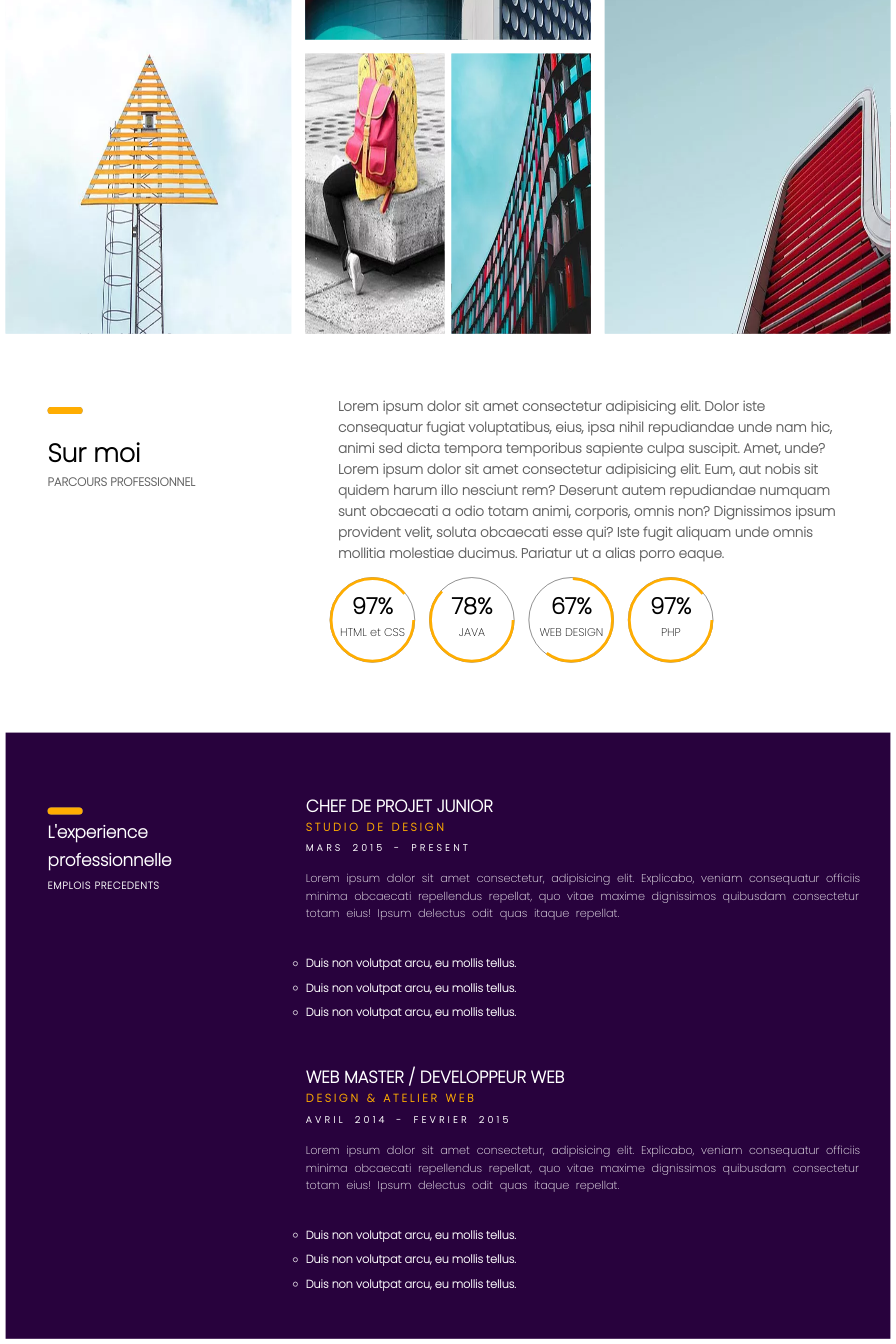
Repository: wadelfadill/CV_PORTFOLIO
Page: index.html
These files come from the project's save history. The page is drawn as it stood at one moment and after the next save; the edit follows.
The browser window is 1280 px wide. The pictures show the part of the page from y = 2212 to 4132 px (the page is 4132 px tall), at 70% of full size.
Some icons come from a web library that is not loaded, so they are not drawn. Backgrounds fixed to the window are drawn as part of the page.

Above is the page before, as saved 2023-03-16 12:20:30.

### index.html
<!DOCTYPE html>
<html lang="fr">
<head>
    <meta charset="UTF-8">
    <meta http-equiv="X-UA-Compatible" content="IE=edge">
    <meta name="viewport" content="width=device-width, initial-scale=1.0">
    <title>CV - Portfolio</title>
    <link rel="stylesheet" href="style.css">
    <link rel="stylesheet" href="path/to/font-awesome/css/font-awesome.min.css">
    <link href="/fontawesome/css/all.css" rel="stylesheet">
    <link href="/fontawesome/css/fontawesome.css" rel="stylesheet">
    <link href="/fontawesome/css/brands.css" rel="stylesheet">
    <link href="/fontawesome/css/solid.css" rel="stylesheet">
    <link rel="stylesheet" href="/fontawesome/css/regular.css">
    <link rel="preconnect" href="https://fonts.googleapis.com">
    <link rel="stylesheet" href="/fontawesome/css/all.min.css">
    <link rel='stylesheet' href='https://cdn-uicons.flaticon.com/uicons-brands/css/uicons-brands.css'>
    <link rel="stylesheet" href="https://cdn-uicons.flaticon.com/uicons-regular-straight/css/uicons-regular-straight.css">
<link rel="preconnect" href="https://fonts.gstatic.com" crossorigin>
<link href="https://fonts.googleapis.com/css2?family=Manrope&family=Montserrat&family=Poppins:wght@200&family=Roboto&display=swap" rel="stylesheet">
</head>
<body>
    <header>
        <div class="head">
            <div class="address">
                <div class="add-1">
                    <div class="add-icone"><i class="fi fi-rs-marker"></i></div>
                    <div class="add-text">3008, promenade Sarah <br> Franklin, LA 70538</div>
                </div>
                <div class="add-1">
                    <div class="add-icone"><i class="fi fi-rs-phone-call"></i></div>
                    <div class="add-text">337-4139538 <br> MIN - VEN, 8 AM - 19 PM</div>
                </div>
                <div class="add-1">
                    <div class="add-icone"><i class="fi fi-rs-messages"></i></div>
                    <div class="add-text">contact@gmail.com <br>REPONSE EN 24 HEURES</div>
                </div>
            </div>
            <div class="download">
                <a href="#" class="button">Telecharger CV</a>
            </div>
        </div>
        <div class="head_2">
           <div class="presentation">
            <div class="img">
                <img src="images/profile.jpg" alt="profile" class="profil">
                <h2>Michel SMith</h2>
                <h3 >Responsable d'Affaires</h3>
            </div>
            <div class="rest">
                <ul>
                    <li><b>NE :</b> 25 aout 1985</li>
                    <li class="courriel"><b>COURRIEL :</b> mymith@mywebpage.com</li>
                    <li><b>ETAT CIVIL :</b> Marie</li>
                </ul>
            </div>
            <div class="social">
                <ul class="social-reseau">
                    <li><a href=""><i class="fi fi-brands-pinterest"></i></a></li>
                    <li><a href=""><i class="fi fi-brands-linkedin"></i></a></li>
                    <li><a href=""><i class="fi fi-brands-instagram"></i></a></li>
                    <li><a href=""><i class="fi fi-brands-facebook"></i></a></li>
                    <li><a href=""><i class="fi fi-brands-twitter"></i></a></li>
                </ul>
            </div>

           </div>
        </div>
    </header>
    <main>
        <div class="portfolio">
            <div class="head-portfolio">
                <div class="title-portfolio">
                    <progress value="100" max="100" class="progress"></progress>
                    <h2>Portfolio</h2>
                    <h5>MON TRAVAIL</h5>
                </div>
                <div class="album-link" id="grid">
                    <a href="#grid"><b>TOUT</b></a>
                    <a href="#grid" class="web-link"><b>CREATION DE SITES WEB</b></a>
                    <a href="#grid"><b>L'IMAGE DE MARQUE</b></a>
                    <a href="#grid"><b>CONCEPTION GRAPHIQUE</b></a>
                </div>
            </div>
            <div class="grid">
                <div class="elem one web"><a href="images/portfolio_1.jpg"><img src="images/portfolio_1.jpg" alt=""></a></div>
                <div class="elem two"><a href="images/portfolio_2.jpg"> <img src="images/portfolio_2.jpg" alt=""></a></div>
                <div class="elem three web"><a href="images/portfolio_3.jpg"><img src="images/portfolio_3.jpg" alt=""></a></div>
                <div class="elem four">
                    <div class="four-1">
                        <a href="images/portfolio_4_1.jpg"><img src="images/portfolio_4_1.jpg" alt=""></a>
                    </div>
                    <div class="four-2">
                        <a href="images/portfolio_4_2.jpg"><img src="images/portfolio_4_2.jpg" alt=""></a>
                    </div>
                </div>
                <div class="elem five"><a href="images/portfolio_5.jpg"><img src="images/portfolio_5.jpg" alt=""></a></div>
                <div class="elem six"><a href="images/portfolio_6.jpg"><img src="images/portfolio_6.jpg" alt=""></a></div>
                <div class="elem seven web"><a href="images/portfolio_7.jpg"><img src="images/portfolio_7.jpg" alt=""></a></div>
                <div class="elem eight web"><a href="images/portfolio_8.jpg"><img src="images/portfolio_8.jpg" alt=""></a></div>
                <div class="elem nine">
                    <div class="nine-1">
                        <a href="images/portfolio_9_1.jpg"><img src="images/portfolio_9_1.jpg" alt=""></a>
                    </div>
                    <div class="nine-2">
                        <a href="images/portfolio_9_2.jpg"><img src="images/portfolio_9_2.jpg" alt=""></a>
                    </div>
                </div>
            </div>
        </div>
        <div class="parcou-pro">
            <div class="head-parcou-pro">
                <div class="title-parcou-pro">
                    <progress value="100" max="100" class="progress"></progress>
                    <h2>Sur moi</h2>
                    <h5>PARCOURS PROFESSIONNEL</h5>
                </div>
                <div class="parcou-pro-content">
                    <p>
                        Lorem ipsum dolor sit amet consectetur
                        adipisicing elit. Dolor iste consequatur
                        fugiat voluptatibus, eius, ipsa nihil
                        repudiandae unde nam hic, animi sed dicta
                        tempora temporibus sapiente culpa suscipit.
                        Amet, unde?
                        Lorem ipsum dolor sit amet consectetur adipisicing elit.
                        Eum, aut nobis sit quidem harum illo nesciunt rem?
                         Deserunt autem repudiandae numquam sunt obcaecati
                         a odio totam animi, corporis, omnis non?
                        Dignissimos ipsum provident velit, soluta obcaecati esse qui?
                         Iste fugit aliquam unde omnis mollitia molestiae ducimus.
                         Pariatur ut a alias porro eaque.
                    </p>
                </div>
            </div>
            <div class="competence-level">
                <div class="circle circle-1">
                    <svg>
                        <circle cx="95px" cy="86px" r="59px" fill="none"></circle>
                    </svg>
                    <div class="code">
                        <h1>97%</h1>
                        <p>HTML et CSS</p>
                    </div>
                </div>
                <div class="circle circle-2">
                    <svg>
                        <circle cx="95px" cy="86px" r="59px" fill="none"></circle>
                    </svg>
                    <div class="code">
                        <h1>78%</h1>
                        <p>JAVA</p>
                    </div>
                </div>
                <div class="circle circle-3">
                    <svg>
                        <circle cx="95px" cy="86px" r="59px" fill="none"></circle>
                    </svg>
                    <div class="code">
                        <h1>67%</h1>
                        <p>WEB DESIGN</p>
                    </div>
                </div>
                <div class="circle circle-4">
                    <svg>
                        <circle cx="95px" cy="86px" r="59px" fill="none"></circle>
                    </svg>
                    <div class="code">
                        <h1>97%</h1>
                        <p>PHP</p>
                    </div>
                </div>
            </div>
        </div>
        <div class="exp-pro">
            <div class="head-parcou-pro">
                <div class="title-exp-pro">
                    <progress value="100" max="100" class="progress"></progress>
                    <h2>L'experience <br> professionnelle</h2>
                    <h5>EMPLOIS PRECEDENTS</h5>
                </div>
                <div class="exp-pro-content">
                    <div class="exp-1">
                        <h2>CHEF DE PROJET JUNIOR</h2>
                        <h4>STUDIO DE DESIGN</h4>
                        <h5>MARS 2015 - PRESENT</h5>
                        <P>Lorem ipsum dolor sit amet consectetur, adipisicing elit.
                             Explicabo, veniam consequatur officiis minima obcaecati
                             repellendus repellat, quo vitae maxime dignissimos quibusdam
                              consectetur totam eius! Ipsum delectus odit quas itaque repellat.
                        </P>
                        <ul>
                            <li>Duis non volutpat arcu, eu mollis tellus.</li>
                            <li>Duis non volutpat arcu, eu mollis tellus.</li>
                            <li>Duis non volutpat arcu, eu mollis tellus.</li>
                        </ul>
                    </div>
                    <div class="exp-1">
                        <h2>WEB MASTER / DEVELOPPEUR WEB</h2>
                        <h4>DESIGN & ATELIER WEB</h4>
                        <h5>AVRIL 2014 - FEVRIER 2015</h5>
                        <P>Lorem ipsum dolor sit amet consectetur, adipisicing elit.
                             Explicabo, veniam consequatur officiis minima obcaecati
                             repellendus repellat, quo vitae maxime dignissimos quibusdam
                              consectetur totam eius! Ipsum delectus odit quas itaque repellat.
                        </P>
                        <ul>
                            <li>Duis non volutpat arcu, eu mollis tellus.</li>
                            <li>Duis non volutpat arcu, eu mollis tellus.</li>
                            <li>Duis non volutpat arcu, eu mollis tellus.</li>
                        </ul>
                    </div>
                    <div>

                    </div>
                </div>
            </div>
        </div>
    </main>
    <footer>
    </footer>
</body>
</html>

### style.css
body{

    font-family: 'Poppins';
}
header{
    color: white;
    margin: 0;
    width: 100%;
    height: 530px;
    padding-top: 20px;
    background-image: linear-gradient(rgba(0, 0, 0, 0.4),
    rgba(0, 0, 0, 0.4)), url("images/background.jpg");
    background-size: cover;
    opacity: 1;
    background-attachment: fixed;
    z-index: 0;
    display: flex;
    justify-content: space-between;
    flex-direction: column;
    gap: 100px;
    margin-bottom: 250px;
}
.address{
    background-color: #FFAD01;
    padding: 20px;
    display: flex;
    justify-content: space-between;
    border-radius: 5px;
    z-index: 100;


}
.add-1{
    display: flex;
    justify-content: space-between;
    align-items: center;
    gap: 10px;
}
.head{
    display: flex;
    flex-direction: column;
    justify-content: space-between;
    gap: 40px;
    padding-left: 10%;
    padding-right: 10%;


}
.download{
   align-self: flex-end;
   margin: 0;
   height: 100px;
}
.download a{
    margin: 0;
    padding-top: 10px;
    padding-bottom: 10px;
    padding-right: 20px;
    padding-left: 20px;
    background-color: #FFAD01;
    align-self: flex-end;
    color: white;
    text-decoration: none;
    border-radius: 5px;

}
.download:hover {
    transform: translate(0, -5px);
    transition: 0.3s;
}

.profil{
    border-radius: 100%;
    position: relative;
    top: -80px;
    width: 200px;
    height: 200px;
    margin: -50px;
}
.add-icone i{
    font-size: 25px;
    font-weight: 500;
    font-style: normal;
}

.presentation{

    margin: auto;
    width: 50%;
    background-color: white;
    display: flex;
    flex-direction: column;
    align-items: center;
    color: black;
    margin-bottom: 100px;

}
.social-reseau a{
    display: inline-block;
    color: white;
    text-decoration: none;
    background-color: #887392;
    width: 35px;
    height: 35px;
    border-radius: 20px;
    line-height: 35px;

}
.social-reseau a i{
    display: inline-block;
    width: 14px;
    height: 23px;
    margin: auto;
    margin-left: 10px;
    margin-top: 2px;
}
.social{
    margin: 0;
    padding: 0;
}
.social-reseau{
    margin-left: 0;
    padding: 0;
    display: flex;
    justify-content: flex-start;
    gap: 20px;
    align-items: flex-start;

}
li{
    list-style: none;
}
.img{
    line-height: 30px;
    display: flex;
    flex-direction: column;
    justify-content: flex-start;
    align-items: center;
}
.img h2{
    word-spacing: 10px;
    letter-spacing: 5px;
    font-weight: 1500;
    margin: 0;
}
.img h3{
    margin: 0;
    color: #FFAD01;
}
.courriel{
    position: relative;
    left: -50px;

}
.social-reseau a:hover{
    background-color: #FFAD01;
    transition: .2s;
    transform: scale(1.1);
}
.title-portfolio h2, .title-portfolio h5, .title-parcou-pro h2, .title-parcou-pro h5{
    margin: 0;
    padding: 0;

}
.title-portfolio h2, .title-parcou-pro h2{
    padding-top: 30px;
}
.title-portfolio, .title-parcou-pro{
    font-size: 1.5em;
    line-height: 40px;

}
.title-portfolio h5, .title-parcou-pro h5{
    color:#0000009e;
    font-size: 0.7em;
}
.album-link{
    padding-top: 50px;
}
.album-link a{
    color: black;
    text-decoration: none;
    margin: 10px;
    font-size: 1.2em;
    font-weight: 900;
}
.album-link a:link{
    color: black;
}
/* .album-link a:visited{
    color: #FFAD01;
} */
.album-link a:active{
    color: #FFAD01;
}
.head-portfolio{
    display: flex;
    flex-direction: row;
    justify-content: flex-start;
    align-items: last baseline;
    gap: 20%;
    margin-left: 60px;
}
.progress{
    width: 50px;
    appearance: none;
    height: 10px;
}
.progress::-webkit-progress-value{
    border-radius: 10px;
    background-color: #FFAD01;
}
.progress::-webkit-progress-bar{
    border-radius: 10px;
}
.album-link a:hover{
    color: #FFAD01;
}
.grid{
    margin-top: 70px;
    display: grid;
    grid-template-columns: 1fr 1fr 1fr;
    grid-template-rows: 400px 400px 400px 400px;
    column-gap: 20px;
    row-gap: 20px;
}
.two{
    grid-row: 1/3;
    background: url("images/portfolio_2.jpg");
    background-size: cover;
    background-position: center;
    grid-column-start: 2;
}
.one{
    background: url("images/portfolio_1.jpg");
    background-size: cover;
    background-position: center;
}
.elem a img, .four-1 a img, .four-2 a img, .nine-1 a img, .nine-2 a img{
    width: 100%;
    height: 100%;
}
.elem a:active{
    transition: 0.3s;
}
.elem a:active img{
    background-color: rgba(0, 0, 0, 0.45);
}
.three{
    background: url("images/portfolio_3.jpg");
    background-size: cover;
    background-position: center;
}
.four{
    display: flex;
    justify-content: space-between;
    gap: 10px;
}
.four-1{
    width: 90%;
    height: 400px;
    background: url("images/portfolio_4_1.jpg");
    background-size: cover;
    background-position: center;
}
.four-2{
    width: 90%;
    height: 400px;
    background: url("images/portfolio_4_2.jpg");
    background-size: cover;
    background-position: center;
}
.five{
    background: url("images/portfolio_5.jpg");
    background-size: cover;
    background-position: center;
}
.six{
    grid-row: 3/5;
    grid-column-start: 1;
    background: url("images/portfolio_6.jpg");
    background-size: cover;
    background-position: center;
}
.seven{
    background: url("images/portfolio_7.jpg");
    background-size: cover;
    background-position: center;
}
.eight{
    grid-row: 3/5;
    grid-column-start: 3;
    background: url("images/portfolio_8.jpg");
    background-size: cover;
    background-position: center;
}
.nine{
    display: flex;
    justify-content: space-between;
    gap: 10px;

}
.nine-1{
    width: 90%;
    height: 400px;
    background: url("images/portfolio_9_1.jpg");
    background-size: cover;
    background-position: center;
}
.nine-2{
    width: 90%;
    height: 400px;
    background: url("images/portfolio_9_2.jpg");
    background-size: cover;
    background-position: center;
}
.head-parcou-pro{
    display: flex;
    flex-direction: row;
    justify-content: flex-start;
    align-items: first baseline;
    gap: 15%;
    margin-left: 60px;
    margin-right: 60px;
}
.title-parcou-pro{
    width: 30%;
}
.parcou-pro-content{
    width: 90%;
    font-size: 1.2em;
    font-weight: 700;
    line-break: auto;
    line-height: 30px;
    text-align: left;
    color: #0000009e;

}
.parcou-pro{
    margin-top: 70px;
    margin-bottom: 100px;
}
.progress-competence{
    appearance: none;
    height: 13px;

}
.circle{
    width: 120px;
    height: 120px;
    border-radius: 100px;
    border: 1px solid #0000009e;
    margin: 0;
    padding: 0;
}
/*
.circle::after{
    position: absolute;
    content: '';
    top: -4px;
    left: -4px;
    right: -4px;
    bottom: -4px;
    width: 200px;
    height: 200px;
    border-radius: 50%;
    border: 4px solid #FFAD01;
    margin: 0;
    padding: 0;


} */

.competence-level{
    width: 80%;
    display: flex;
    flex-direction: row;
    justify-content: flex-end;
    gap: 20px;
    margin-right: 100px;
}
.circle-1 svg circle{
    display: block;
    margin: auto;
    stroke: #FFAD01;
    stroke-dasharray: 350;
    stroke-dashoffset: 350;
    stroke-width: 4px;
    bottom: 20px;
    right: 20px;
    animation: circle 2s forwards;
}
.circle-2 svg circle{
    display: block;
    margin: auto;
    stroke: #FFAD01;
    stroke-dasharray: 250;
    stroke-dashoffset: 190;
    stroke-width: 4px;
    bottom: 20px;
    right: 20px;
    animation: circle 2s forwards;
}
.circle-3 svg circle{
    display: block;
    margin: auto;
    stroke: #FFAD01;
    stroke-dasharray: 150;
    stroke-dashoffset: 1;
    stroke-width: 4px;
    bottom: 20px;
    right: 20px;
    animation: circle 2s forwards;
}
.circle-4 svg circle{
    display: block;
    margin: auto;
    stroke: #FFAD01;
    stroke-dasharray: 350;
    stroke-dashoffset: 1;
    stroke-width: 4px;
    bottom: 20px;
    right: 20px;
    animation: circle 2s forwards;
}
svg{
    transform: translate(-35px, -26px);

}
@keyframes circle{
    to{
        stroke-dashoffset: 20;
    }
}
.code{
    position: relative;
    bottom: 140px;

    text-align: center;

}
.code h1{
    padding: 0;
    margin: 0;
}
.code p{
    padding: 0;
    margin: 0;
}
.exp-pro{
    background-color: #28023D;
    padding-top: 90px;
    color: white;
}
.head-exp-pro{
    display: flex;
    flex-direction: row;
    justify-content: flex-start;
    align-items: baseline;
    gap: 15%;
    margin-left: 60px;
    margin-right: 60px;
}
.title-exp-pro h2{
    font-size: 1.5em;
    line-height: 40px;
    padding: 0;
    margin: 0;
}
.title-exp-pro h5{
    color:whitesmoke;
    font-size: 0.9em;
    padding: 0;
    margin: 0;
    letter-spacing: 1px;
}
.title-exp-pro{
    line-height: 30px;
}
.exp-pro-content{
    display: flex;
    flex-direction: column;
    justify-content: space-between;
    gap: 50px;
}
.exp-1 h2, .exp-1 h4, .exp-1 h5{
    margin: 0;
    padding: 0;
    line-height: 30px;
}
.exp-1 h4{
    color: #FFAD01;
    letter-spacing: 4px;
}
.exp-1 h5{
    word-spacing: 4px;
    letter-spacing: 5px;
}
.exp-1 ul{
    margin-top: 20px;
    margin-left: 20px;
    padding-left: 0;

}
.exp-1 li{
    list-style-type: circle;
    margin-top: 10px;
    margin-left: 0;
    padding-top: 0;
    font-weight: 900;

}
.exp-1 p{
    word-spacing: 5px;

}
.exp-1{
    display: flex;
    flex-direction: column;
    justify-content: first baseline;
    align-items: first baseline;
}

Loaded but not shown: fontawesome/css/all.css (library); fontawesome/css/fontawesome.css (library); fontawesome/css/solid.css (common file); fontawesome/css/regular.css (common file); fontawesome/css/all.min.css (library); fontawesome/css/brands.css (1522 lines, source omitted)

After the next save:
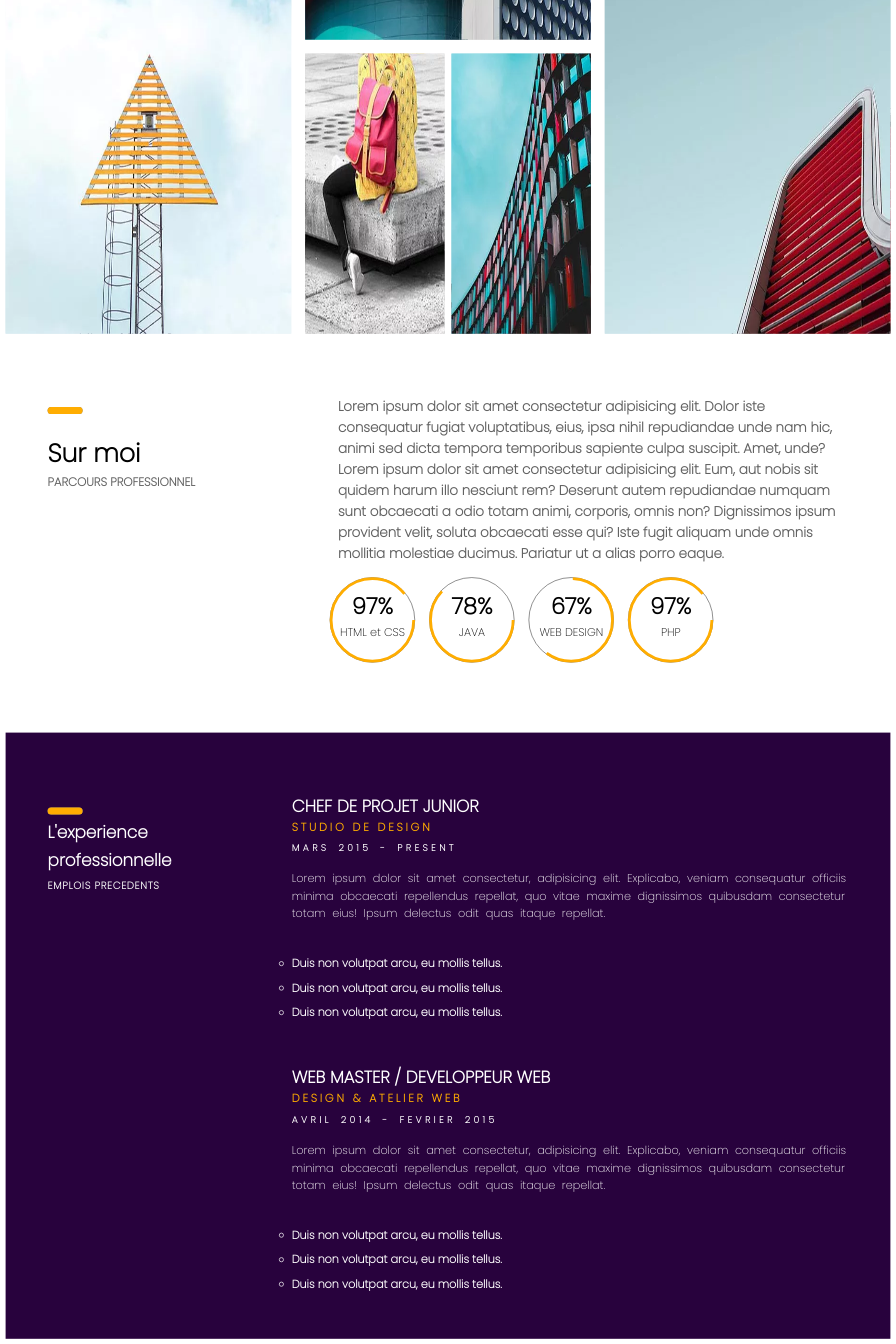
Saved 50 s later.
--- a/style.css
+++ b/style.css
@@ -498,7 +498,7 @@ svg{
 }
 .exp-1 ul{
     margin-top: 20px;
-    margin-left: 20px;
+    margin-left:0;
     padding-left: 0;
 
 }
